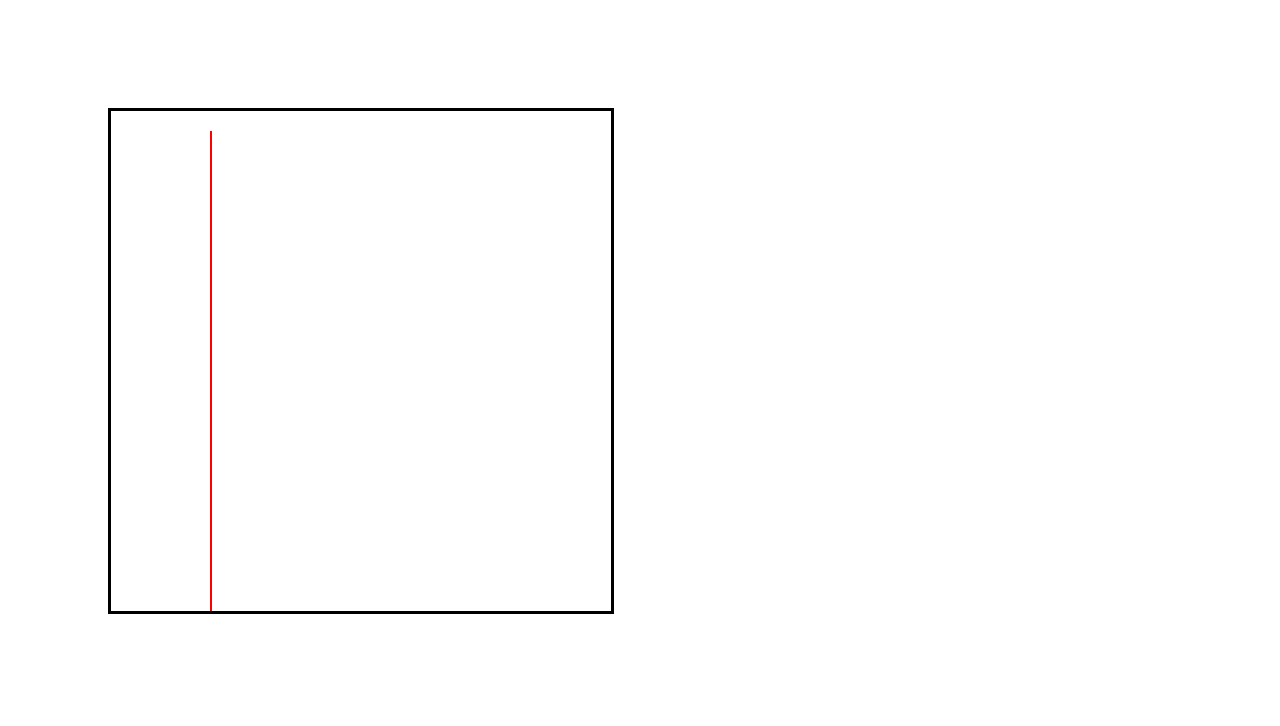
Repository: MagedElRefaey/Audio-Player-Project
Page: Thumbnail/Task2.html
These files come from the project's save history. The page is drawn as it stood at one moment and after the next save; the edit follows.
The browser window is 1280 px wide. The pictures show the whole page.

Above is the page before, as saved 2024-09-11 22:11:25.

After the next save:
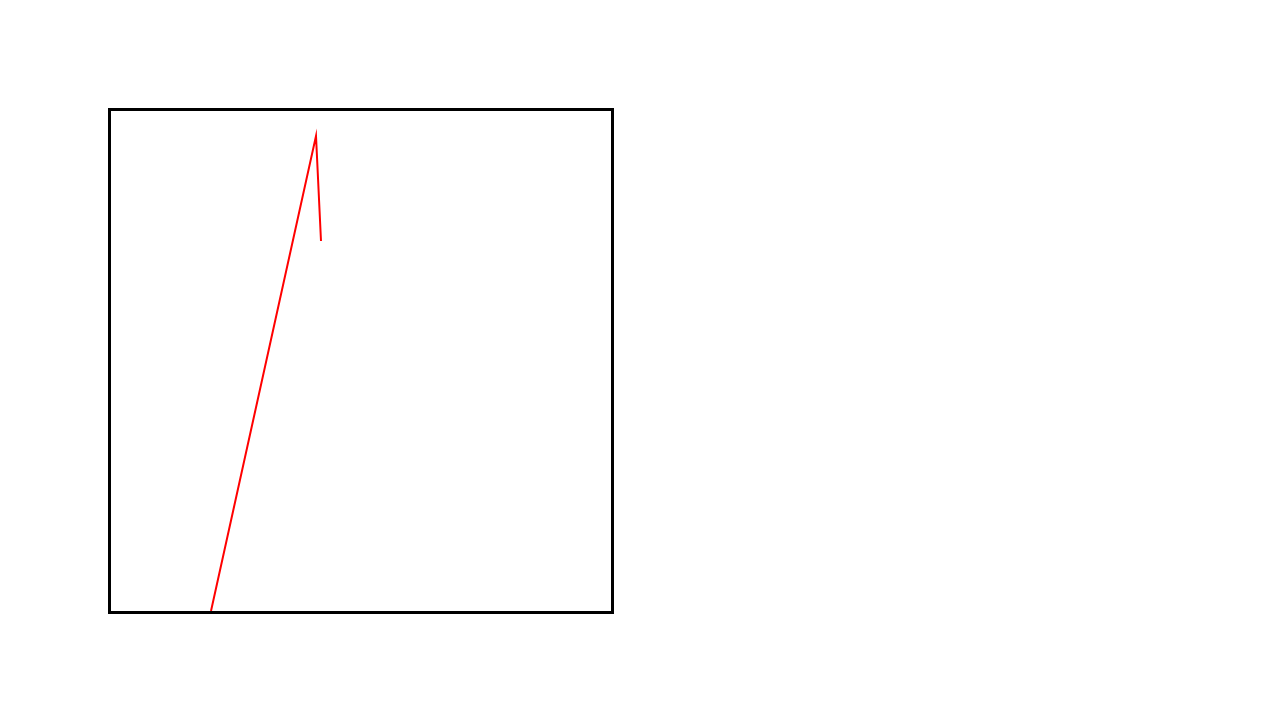
Saved 94 s later.
--- a/Thumbnail/Task2.js
+++ b/Thumbnail/Task2.js
@@ -6,7 +6,8 @@
 ctx.strokeStyle = "red";
 ctx.beginPath();
 ctx.moveTo(100,500);
-ctx.lineTo(100,20)
+ctx.lineTo(205, 25);
+ctx.lineTo(210, 130);
 // ctx.moveTo(100,20);
 // ctx.lineTo(200,160)
 // // ctx.moveTo(200,160);
